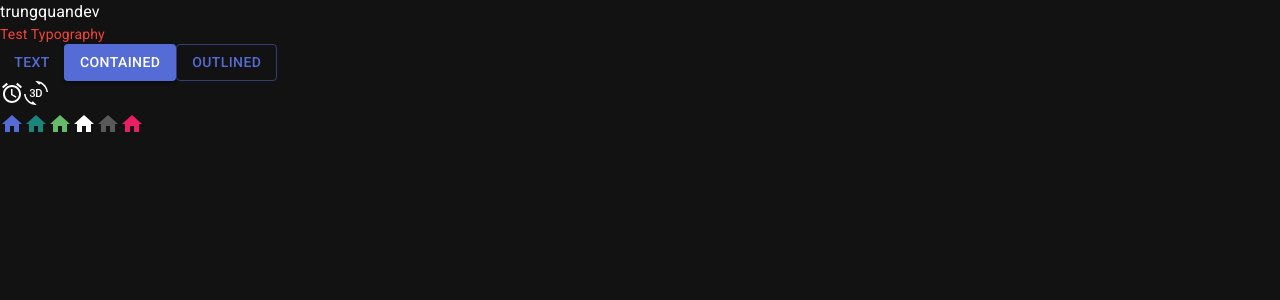
Repository: VoPhamKhanhTruong/trello-web
Page: /
An editor plug-in stored every save of this project. The page is shown before and after the next save, followed by the edit.
The browser window is 1280 px wide. The pictures show the whole page.
The project was rebuilt for these pictures with package versions that can differ from the ones it lists, and the page was loaded fresh each time. Also part of the build but not shown: vite.config.js.

Above is the page before, as saved 2024-08-07 10:56:33.

### src/main.jsx
import React from 'react'
import ReactDOM from 'react-dom/client'
import App from './App.jsx'
import CssBaseline from '@mui/material/CssBaseline'
import { ThemeProvider } from '@mui/material/styles'
import theme from './theme'

ReactDOM.createRoot(document.getElementById('root')).render(
  <React.StrictMode>
    <ThemeProvider theme={theme}>
      <CssBaseline />
      <App />
    </ThemeProvider>
  </React.StrictMode>
)

### src/App.jsx
import Button from '@mui/material/Button'
import AccessAlarmIcon from '@mui/icons-material/AccessAlarm'
import ThreeDRotation from '@mui/icons-material/ThreeDRotation'
import HomeIcon from '@mui/icons-material/Home'
import { pink } from '@mui/material/colors'
import  Typography from '@mui/material/Typography'
function App() {
  return (
    <>
      <div>trungquandev</div>

      <Typography variant="body2" color="text.secondary">Test Typography</Typography>

      <Button variant="text">Text</Button>
      <Button variant="contained">Contained</Button>
      <Button variant="outlined">Outlined</Button>

      <br />

      <AccessAlarmIcon />
      <ThreeDRotation />

      <br />
      <HomeIcon color="primary" />
      <HomeIcon color="secondary" />
      <HomeIcon color="success" />
      <HomeIcon color="action" />
      <HomeIcon color="disabled" />
      <HomeIcon sx={{ color: pink[500] }} />
    </>
  )
}

export default App

### src/theme.js
import { createTheme } from '@mui/material/styles'
import { red } from '@mui/material/colors'

// Create a theme instance.
const theme = createTheme({
  palette: {
    mode:'dark',
    primary: {
      main: '#556cd6'
    },
    secondary: {
      main: '#19857b'
    },
    error: {
      main: red.A400
    },
    text: {
      secondary: red[500]
    }
  }
})

export default theme

Loaded but not shown: index.html (common file)

After the next save:
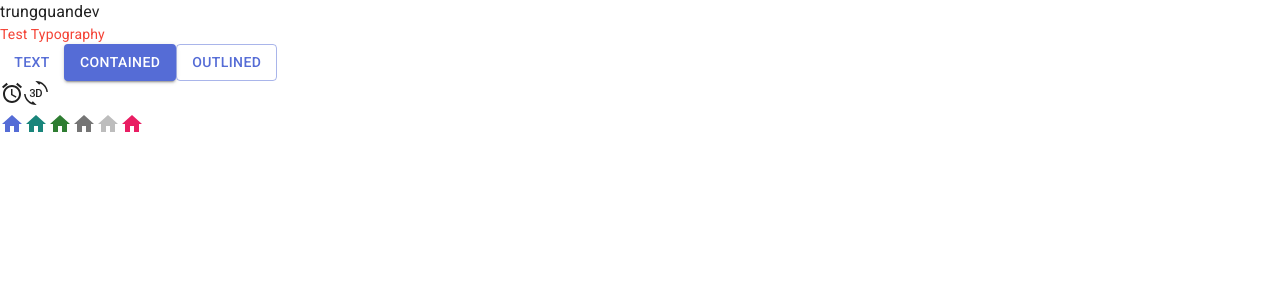
Saved 17 s later.
--- a/src/theme.js
+++ b/src/theme.js
@@ -4,7 +4,7 @@ import { red } from '@mui/material/colors'
 // Create a theme instance.
 const theme = createTheme({
   palette: {
-    mode:'dark',
+    mode:'light',
     primary: {
       main: '#556cd6'
     },
